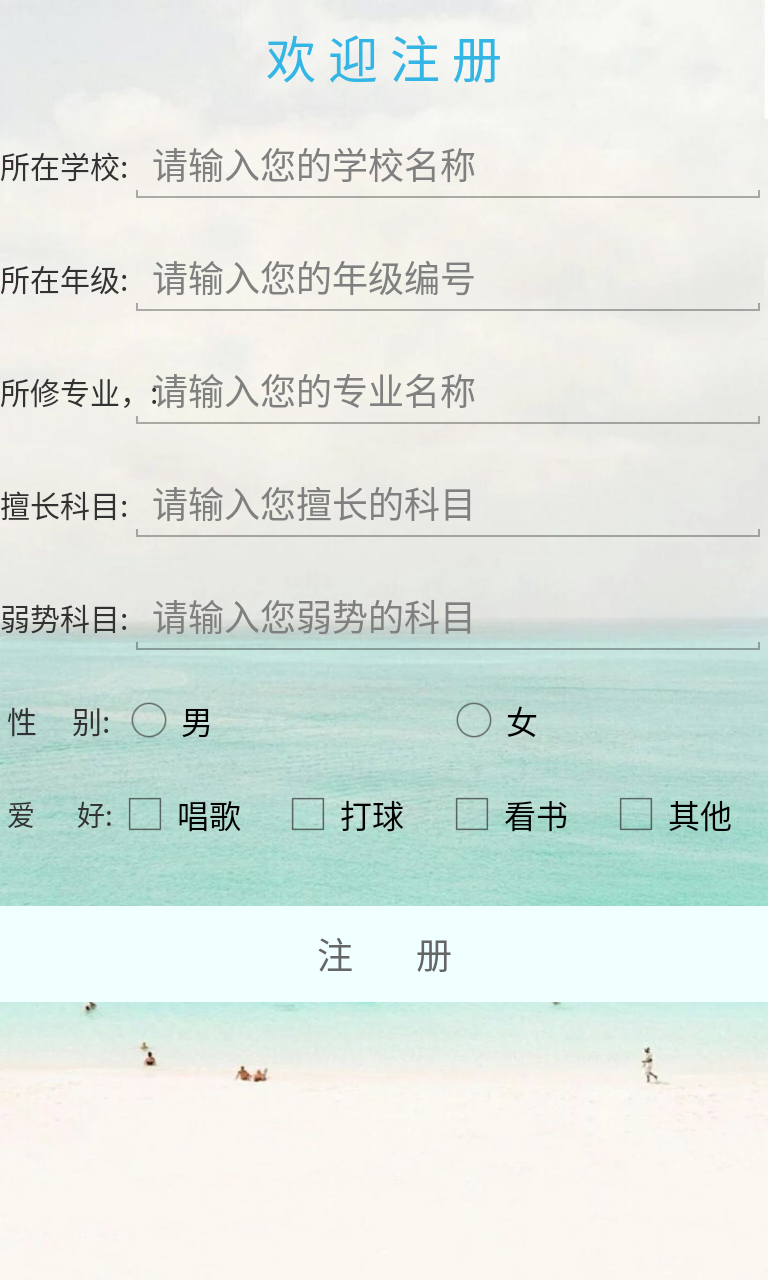
Repository: 17390089054/android
Layout: learning/res/layout/activity_main.xml
An editor plug-in stored every save of this project. The layout is shown before and after the next save, followed by the edit.
It is drawn on a 768 x 1280 px phone screen (xhdpi) without system bars, with theme AppTheme; the app's code is not run.

Above is the layout before, as saved 2018-05-02 16:01:18.

After the next save:
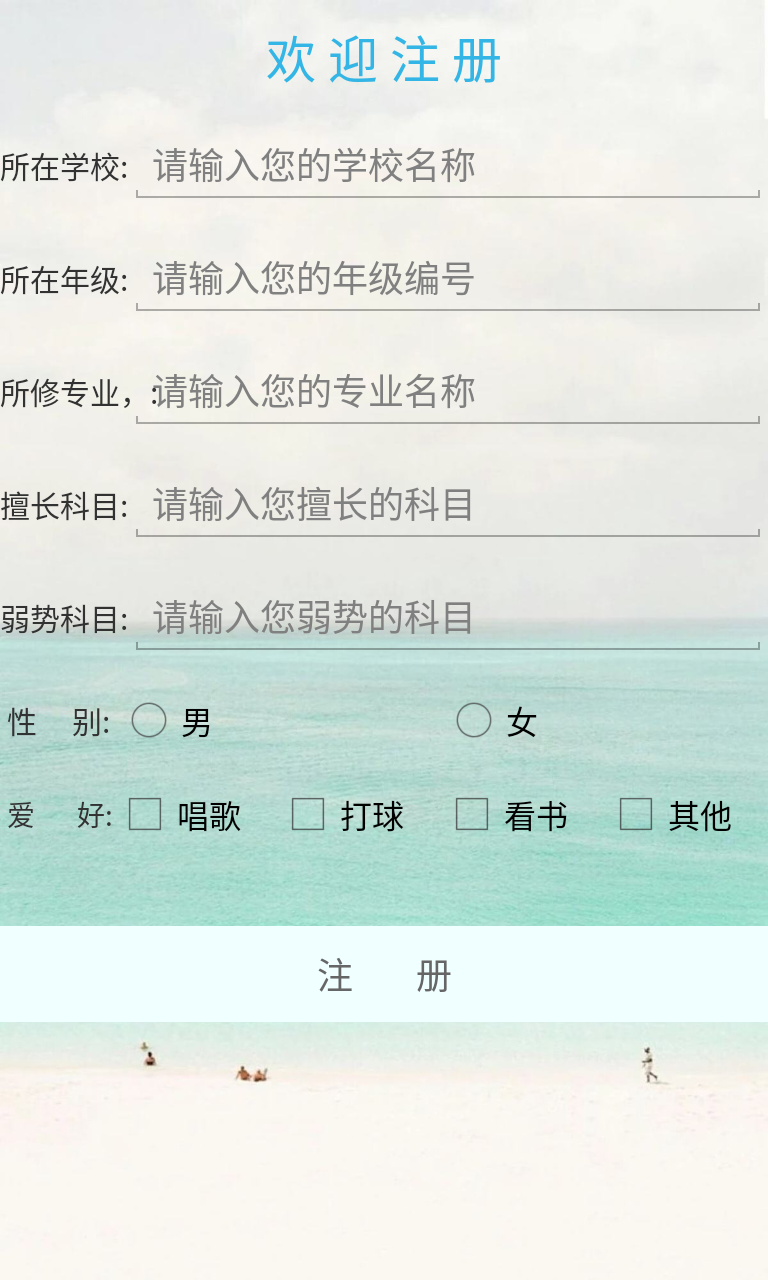
Saved 17 s later.
--- a/learning/res/layout/activity_main.xml
+++ b/learning/res/layout/activity_main.xml
@@ -224,7 +224,7 @@
 	  	android:gravity="center"
 	    android:text="注       册"
 	    android:background="#f0ffff"
-	    android:layout_marginTop="30dp"
+	    android:layout_marginTop="40dp"
 	    android:textColor="#666"
 		android:layout_gravity="bottom"
 	    />
